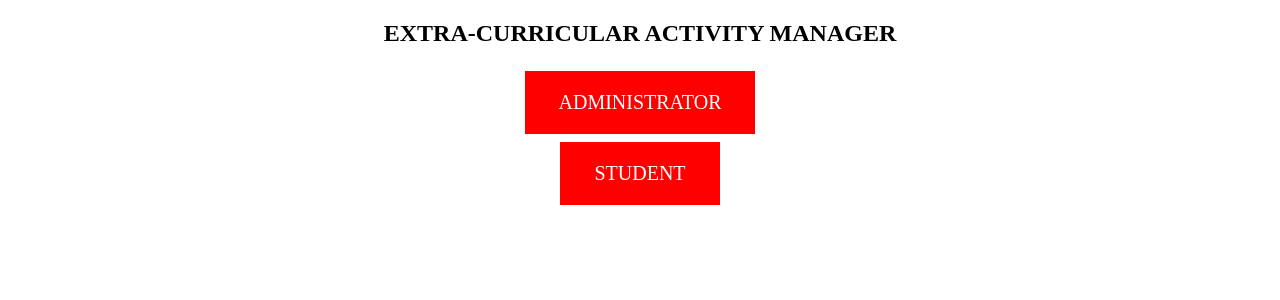
Repository: Malz6/DBMS-ActivityTracking
Page: dbs/WebContent/first.html
The author's editor kept a copy of each file at every save. The page is drawn from the files as they stood at one save, then again after the next save.
The browser window is 1280 px wide. The pictures show the whole page.

Above is the page before, as saved 2019-12-12 10:01:19.

After the next save:
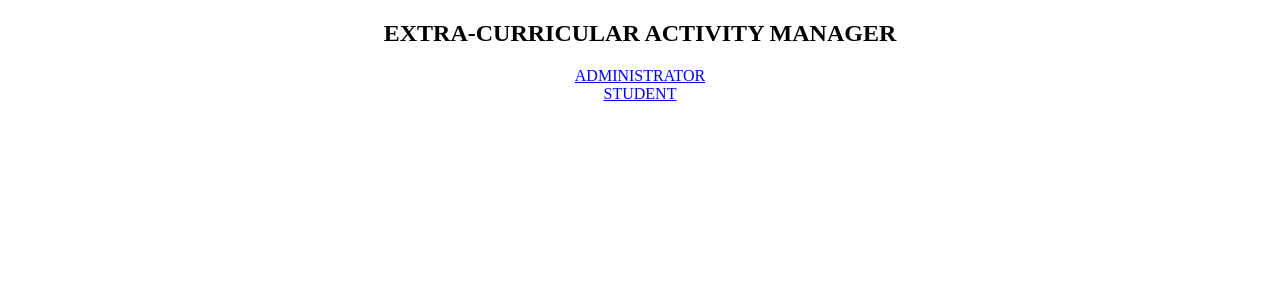
Saved 9 min 37 s later.
--- a/dbs/WebContent/first.html
+++ b/dbs/WebContent/first.html
@@ -4,7 +4,7 @@
       <title>EXTRA-CURRICULAR ACTIVITIES</title>
       <style>
          .button {
-         background-color: red;
+         background-color: ;
          border: none;
          color: white;
          padding: 20px 34px;
@@ -19,7 +19,7 @@
    </head>
    <body>
    	  <center><h2>EXTRA-CURRICULAR ACTIVITY MANAGER</h2></center>
-      <center><a href="admin.html" class="button">ADMINISTRATOR</a></center>
-      <center><a href="student.html" class="button">STUDENT</a></center>
+      <center><a href="admin.html" class="w3-button w3-teal">ADMINISTRATOR</a></center>
+      <center><a href="student.html" class="w3-button w3-teal">STUDENT</a></center>
    </body>
 </html>
